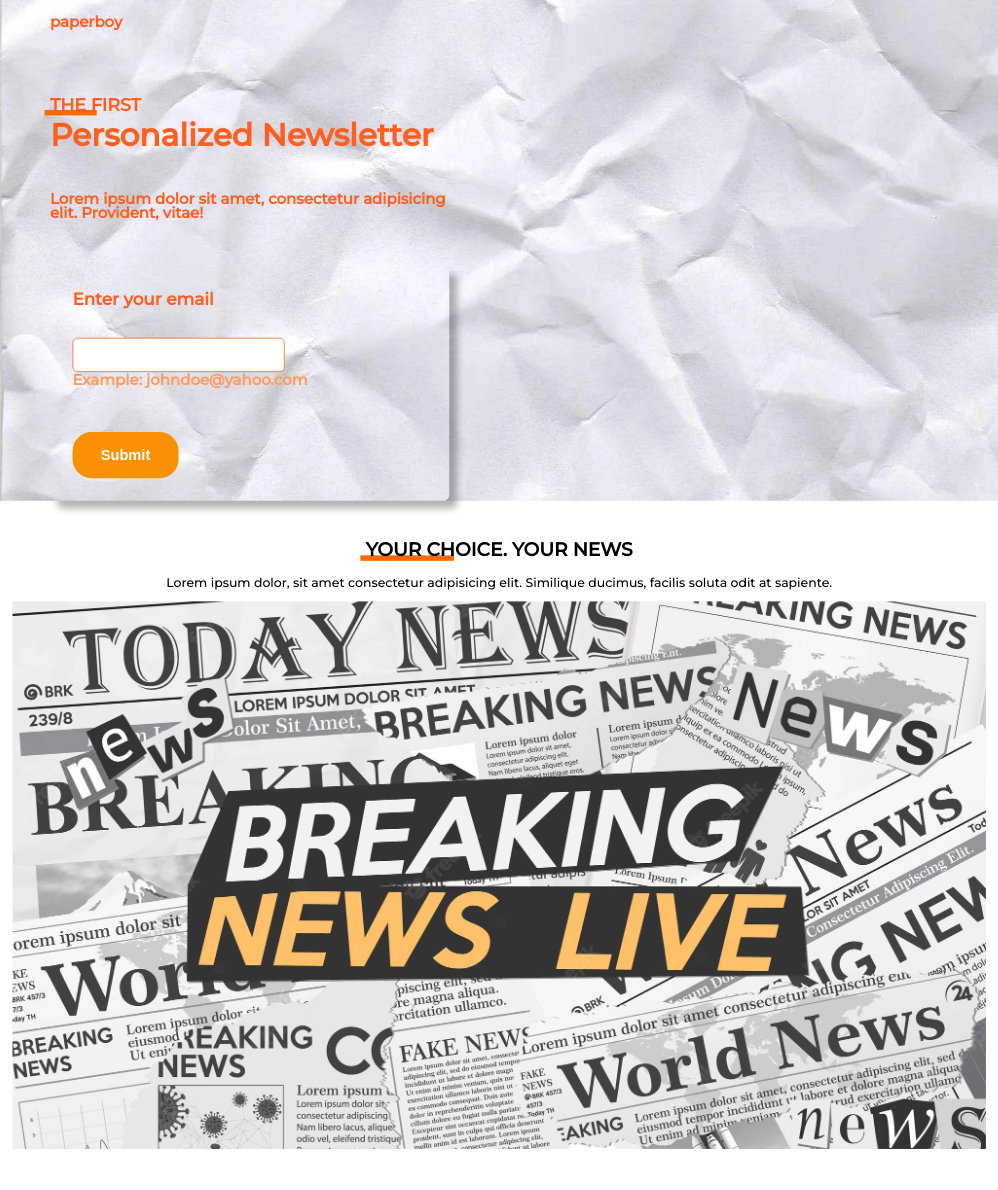
Repository: Gionnn/proiecte
Page: index.html
The author's editor kept a copy of each file at every save. The page is drawn from the files as they stood at one save, then again after the next save.
The browser window is 1280 px wide. The pictures show the whole page, at 78% of full size.

Above is the page before, as saved 2022-11-28 12:28:23.

### index.html
<!DOCTYPE html>
<html lang="en">
  <head>
    <meta charset="UTF-8" />
    <meta name="viewport" content="width=device-width, initial-scale=1.0" />
    <meta http-equiv="X-UA-Compatible" content="ie=edge" />
    <link rel="stylesheet" href="css/main.css" />
    <title>Paperboy</title>
  </head>

  <body>
    <div class="hero-bg">
      <section class="top">
        <header>
          <a href="index.html">paperboy</a>
        </header>

        <h1><span>The first </span>Personalized Newsletter</h1>
        <p>
          Lorem ipsum dolor sit amet, consectetur adipisicing elit. Provident,
          vitae!
        </p>
        <div class="form-container">
          <form action="">
            <div class="form-left">
              <label for="email">Enter your email</label>
              <input type="text" name="email" id="email" />
              <p>Example: johndoe@yahoo.com</p>
            </div>
            <input type="button" value="Submit" />
          </form>
        </div>
      </section>
    </div>

    <section class="bottom">
      <div class="right-col">
        <h2>Your choice. Your news</h2>
        <p>
          Lorem ipsum dolor, sit amet consectetur adipisicing elit. Similique
          ducimus, facilis soluta odit at sapiente.
        </p>
        <img src="images/paper.jpeg" alt="Breaking News" />
      </div>
    </section>
  </body>
</html>

### css/main.css
@import url("https://fonts.googleapis.com/css2?family=Montserrat:wght@500&display=swap");

body {
  font-family: "Montserrat", sans-serif;
  margin: 0;
}

.hero-bg {
  background: url("../images/background.jpeg");
  color: #ff5f1f;
  text-align: center;
}

header {
  padding-top: 1em;
}
.hero-bg a {
  color: #ff5f1f;
  text-decoration: none;
  font-weight: bold;
  font-size: 1.2rem;
}

section {
  margin: 0 1em;
}

h1 {
  font-size: 2.5rem;
  margin: 2em 0 1.2em;
}

h1 span {
  text-transform: uppercase;
  display: block;
  font-size: 1.4rem;
  position: relative;
  z-index: 1;
}
h1 span::before {
  content: " ";
  position: absolute;
  width: 3em;
  background: #fc6a03;
  height: 0.3em;
  bottom: 0;
  z-index: -1;
  margin-left: -0.3em;
}
.hero-bg p {
  font-weight: bold;
  margin: 0 1em 3em;
  font-size: 1.2rem;
}
.form-container {
  margin: 2em -1em 0;
  padding: 2em;
}
label {
  color: #ff5f1f;
  font-weight: bold;
  display: block;
  margin-bottom: 1em;
  font-size: 1.5em;
}
input[type="text"] {
  border: 1px solid #fc6a03;
  width: 60%;
  padding: 1em;
  box-sizing: border-box;
  border-radius: 0.5em;
  margin-top: 1.2em;
}
.form-container {
  color: #ff9d5c;
  margin-bottom: 1.5em;
  font-weight: normal;
  font-size: 0.9em;
  margin-top: 0.3em;
}
input[type="button"] {
  background-color: #f89104;
  border: none;
  width: 30%;
  color: white;
  font-weight: bold;
  padding: 1em 0;
  border-radius: 1.3em;
  font-size: 1.3em;
  cursor: pointer;
}

input[type="button"]:hover {
  background-color: #c47508;
}

.bottom {
  margin: 0;
}

.right-col {
  text-align: center;
  margin: 3em 1em;
}

h2 {
  text-transform: uppercase;
  position: relative;
}

h2::before {
  content: " ";
  position: absolute;
  width: 5em;
  background: #fc6a03;
  height: 0.3em;
  bottom: 0;
  z-index: -1;
  margin-left: -0.3em;
}

img {
  width: 100%;
}

p {
  line-height: 1em;
}

@media (min-width: 730px) {
  section {
    margin: 0 4em;
  }
  .form-container {
    margin: 2em -4em 0;
  }
}

@media (min-width: 930px) {
  .hero-bg {
    text-align: left;
  }
  .hero-bg p {
    margin: 0 0 3em;
  }
  .hero-bg section {
    width: 40%;
  }
  .form-container {
    margin: 2em 0 0;
    padding: 2em;
    border-radius: 0.5em;
    box-shadow: 10px 10px 10px rgba(0, 0, 0, 0.3);
  }
}

After the next save:
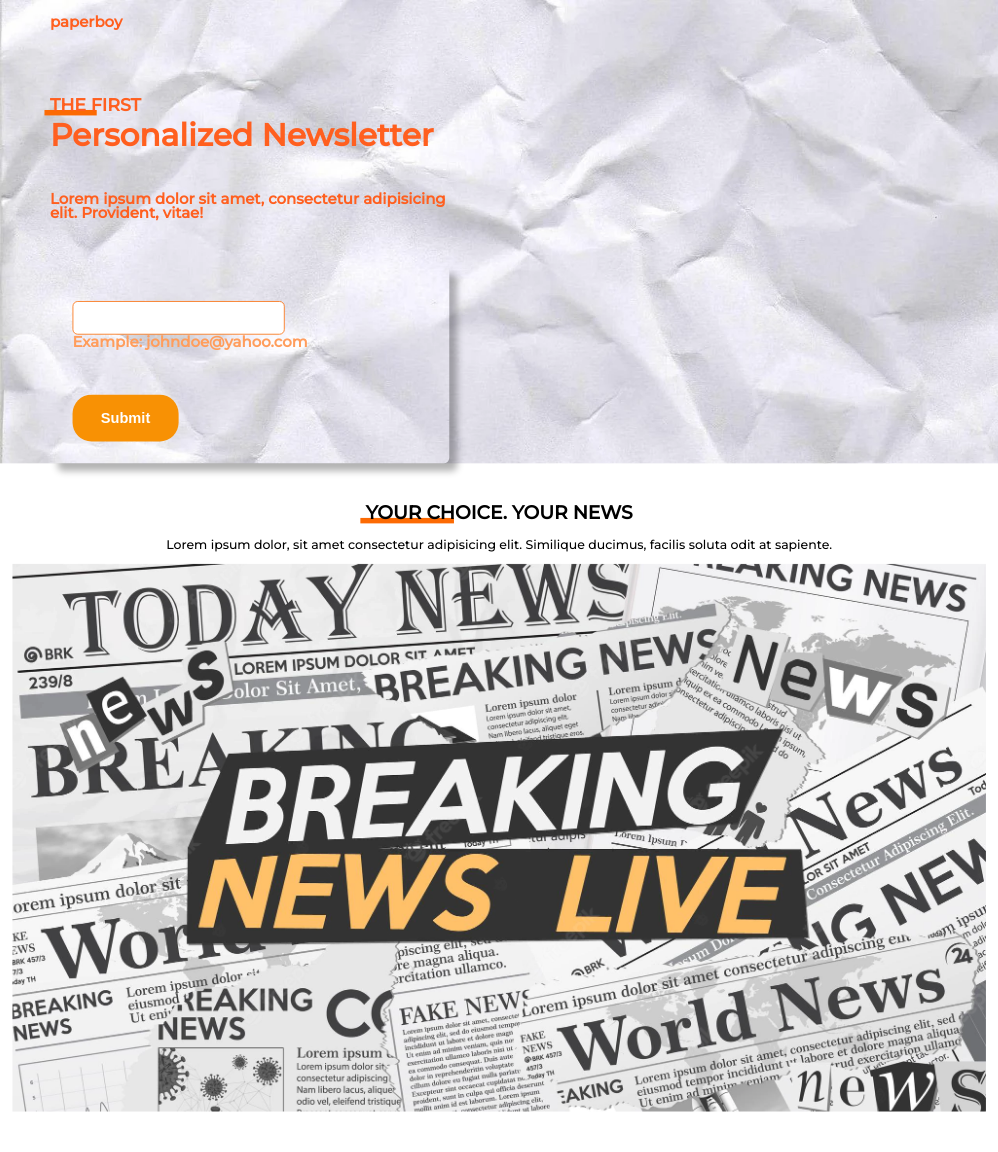
Saved 98 s later.
--- a/css/main.css
+++ b/css/main.css
@@ -146,6 +146,9 @@
   .hero-bg section {
     width: 40%;
   }
+  label {
+    display: none;
+  }
   .form-container {
     margin: 2em 0 0;
     padding: 2em;

After the save that followed:
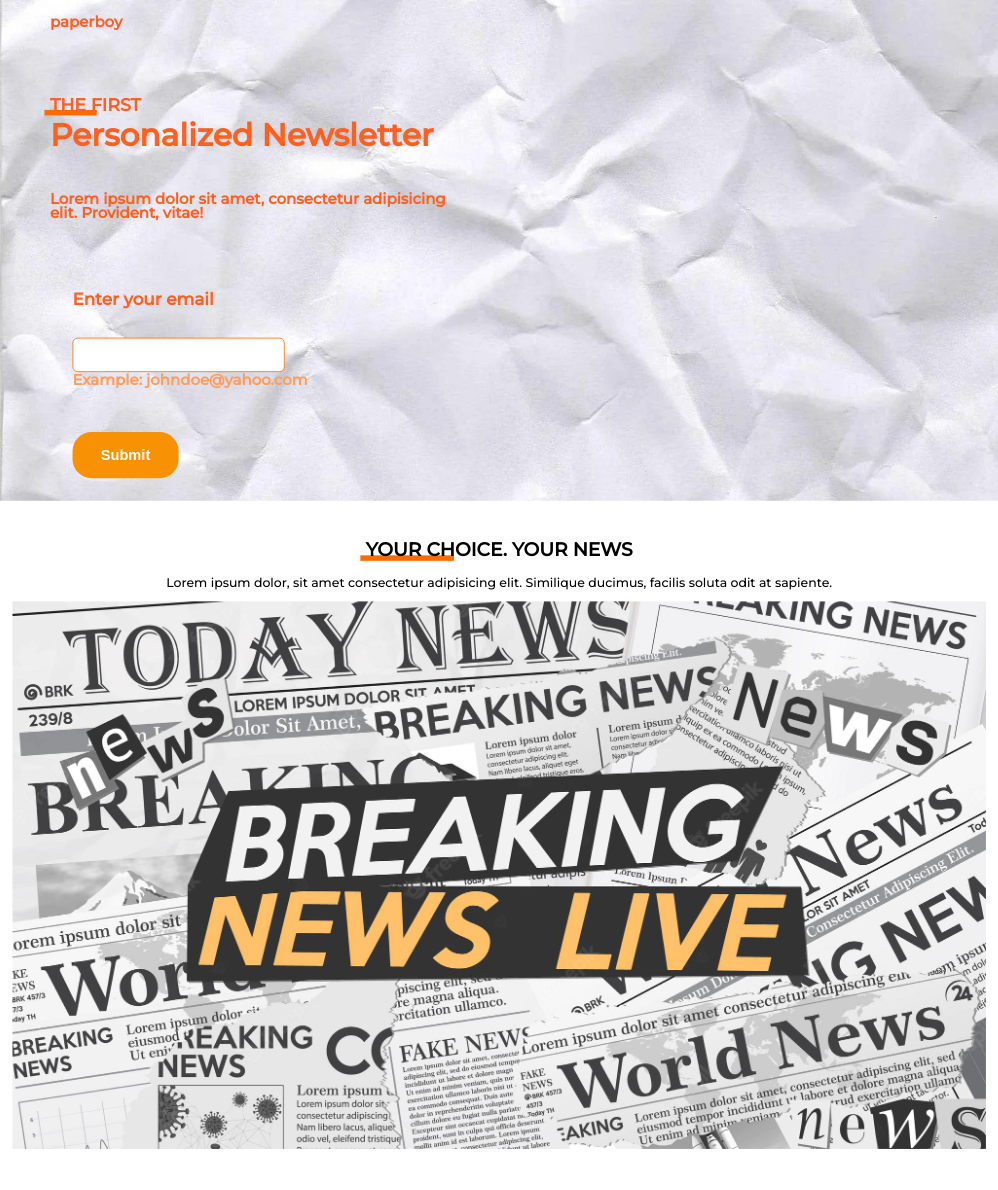
Saved 42 s later.
--- a/css/main.css
+++ b/css/main.css
@@ -146,13 +146,9 @@
   .hero-bg section {
     width: 40%;
   }
-  label {
-    display: none;
-  }
   .form-container {
     margin: 2em 0 0;
     padding: 2em;
     border-radius: 0.5em;
-    box-shadow: 10px 10px 10px rgba(0, 0, 0, 0.3);
   }
 }
